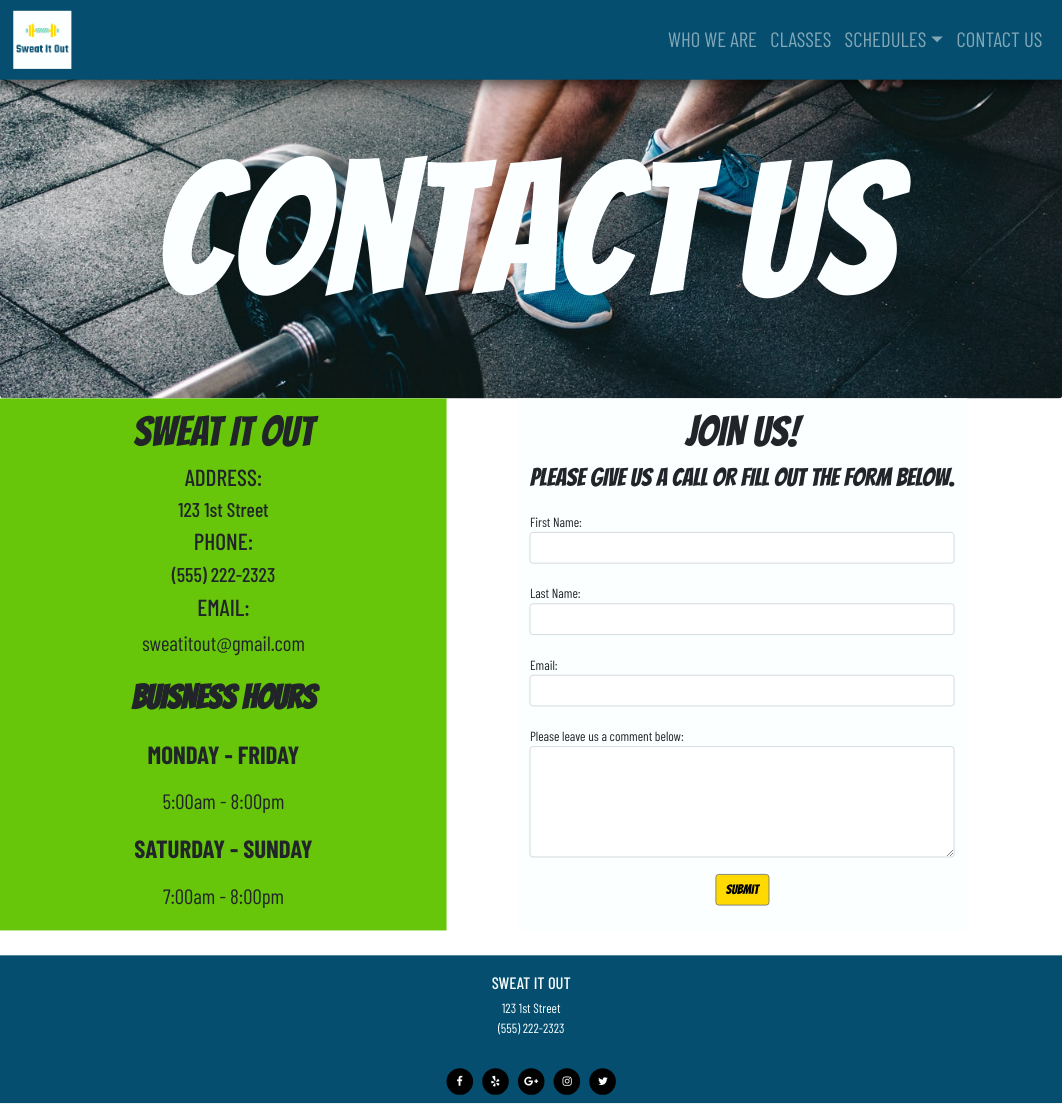
Repository: amybru/sweatitout
Page: contact.html
The author's editor kept a record of every edit. The page is drawn from the files as they stood at one moment, then again after the next edit.
The browser window is 1280 px wide. The pictures show the whole page, at 83% of full size.
Some web fonts or font styles are not loaded; a fallback is used. Some web libraries are served in a nearby version.

Above is the page before.

After the next edit:
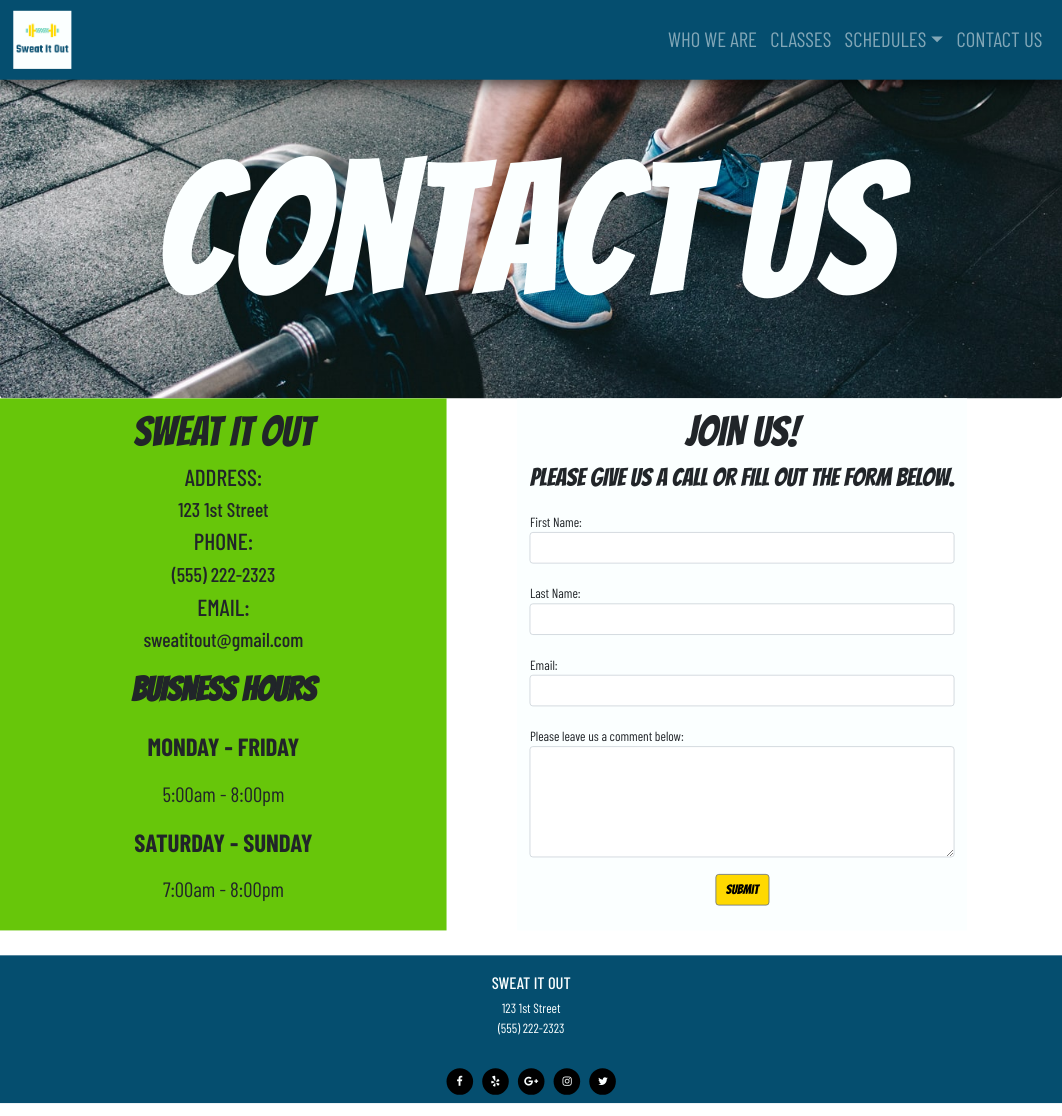
The edit:
--- a/contact.html
+++ b/contact.html
@@ -97,7 +97,7 @@
                      </h3>
                   </div>
                   <div class="value">
-                     <p>
+                     <h4>
                         sweatitout@gmail.com
                      </p>
                   </div>
